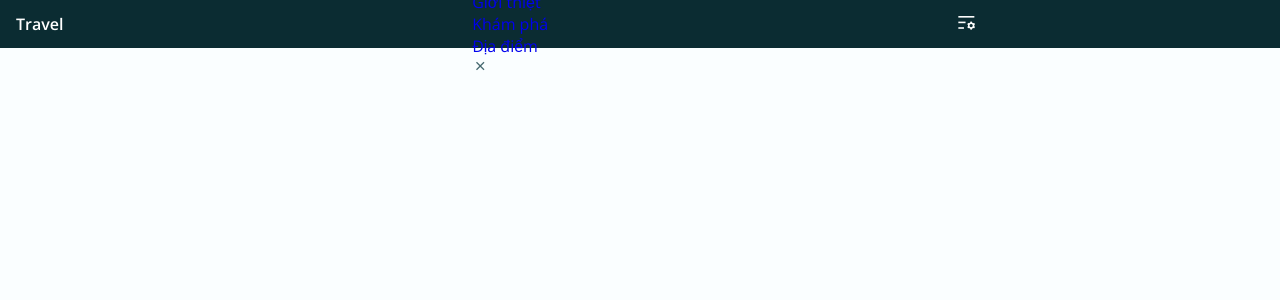
Repository: haokiet2501/travel-demo
Page: index.html
These files come from the project's save history. The page is drawn as it stood at one moment and after the next save; the edit follows.
The browser window is 1280 px wide. The pictures show the whole page.

Above is the page before, as saved 2021-09-21 10:11:39.

After the next save:
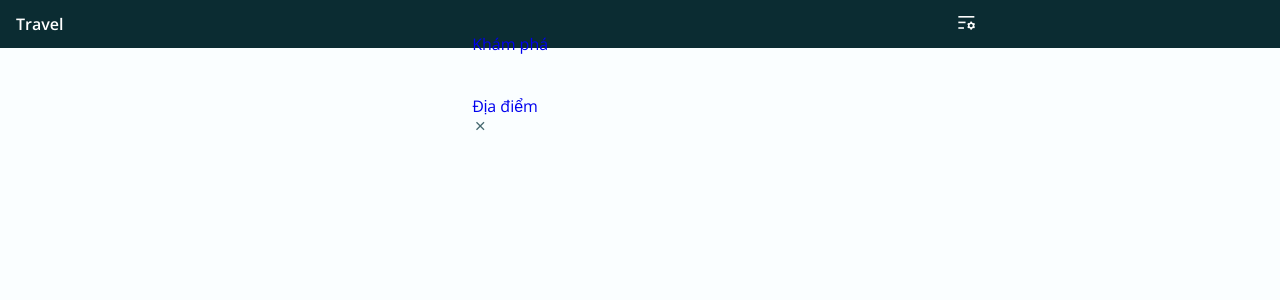
Saved 10 s later.
--- a/css/style.css
+++ b/css/style.css
@@ -196,5 +196,5 @@ input {
 .nav__list {
     display: flex;
     flex-direction: column;
-    gro
-}
+    row-gap: 2.5rem;
+}
